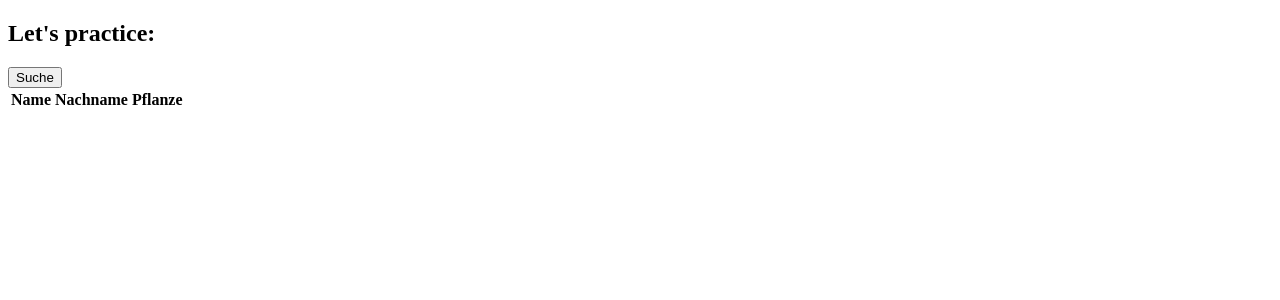
Repository: Carlson43/PlantsForFriends
Page: Tests/Datenverbindung/Aufgabe1.html
These files come from the project's save history. The page is drawn as it stood at one moment and after the next save; the edit follows.
The browser window is 1280 px wide. The pictures show the whole page.
Some web libraries are served in a nearby version.

Above is the page before, as saved 2021-12-23 20:05:37.

After the next save:
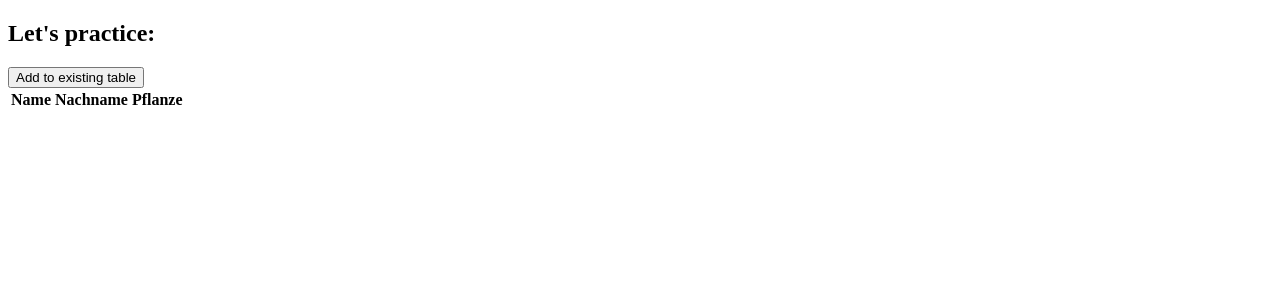
Saved 13 s later.
--- a/Tests/Datenverbindung/Aufgabe1.html
+++ b/Tests/Datenverbindung/Aufgabe1.html
@@ -11,7 +11,7 @@
   <h2>
       Let's practice:
   </h2>
-  <div><button onclick= "addTable();">Suche</button></div>
+  <div><button onclick= "addTable();">Add to existing table</button></div>
 
   <table id="heroesTable">
     <thead>
